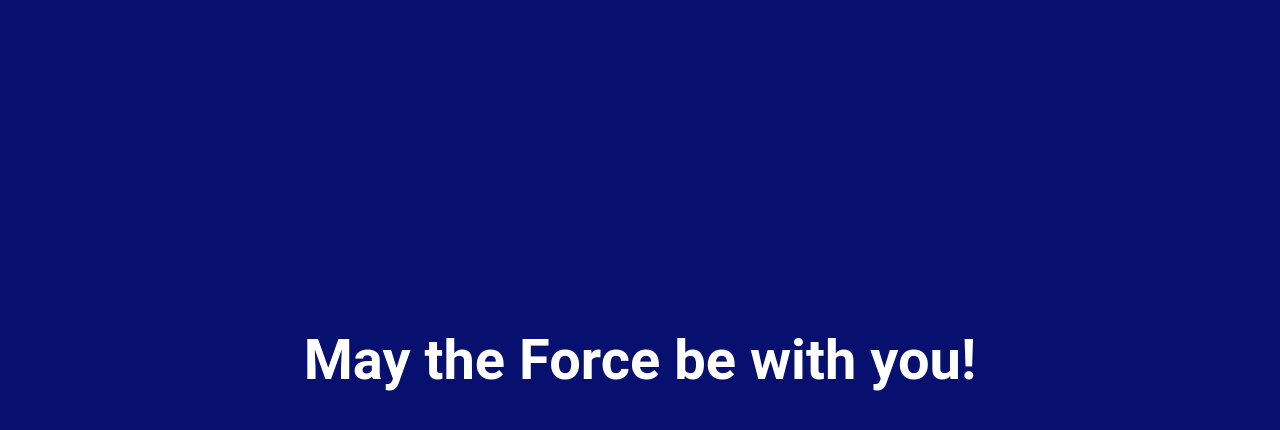
Repository: apeli23/posteranimation
Page: /
These files come from the project's save history. The page is drawn as it stood at one moment and after a run of saves; the edit follows.
The browser window is 1280 px wide. The pictures show the whole page.
Pictures or frames that could not be fetched are drawn as grey boxes. The project was rebuilt for these pictures with package versions that can differ from the ones it lists, and the page was loaded fresh each time. The framework's server and built-in components were replaced by stand-ins that run in the browser. Also part of the build but not shown: next.config.js.

Above is the page before, as saved 2022-04-22 10:24:37.

After the next 2 saves:
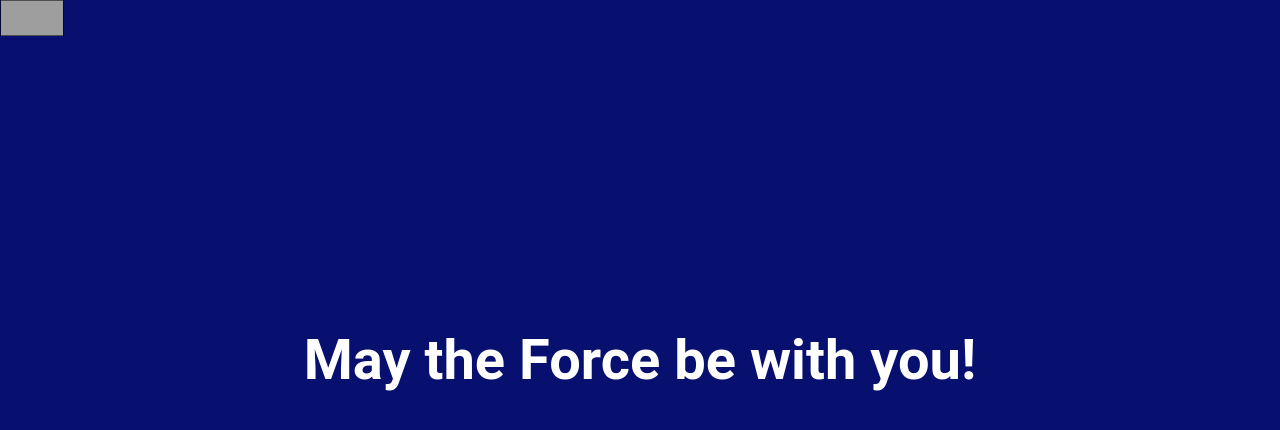
The 2 saves are shown as one change because they came seconds apart.
The last was saved 8 s later.
--- a/pages/index.js
+++ b/pages/index.js
@@ -7,7 +7,7 @@ export default function Home() {
   const animationHandler = (bg, blocks) => {
 
     for (var i = 1; i < 1; i++) {
-      bg.innerHTML += "<div id='block'></div>";
+      bg.innerHTML += "<div className='block'></div>";
       const duration = Math.random() * 5;
       blocks[i].style.animationDuration = 2 + duration + 's';
       blocks[i].style.animationDelay = duration + 's';
@@ -23,8 +23,8 @@ export default function Home() {
   return (
     <div className="container">
       <h2>May the Force be with you!</h2>
-      <div id="bg">
-        <div id="block"></div>
+      <div className="bg">
+        <div className="block"></div>
       </div>
     </div>
   )
